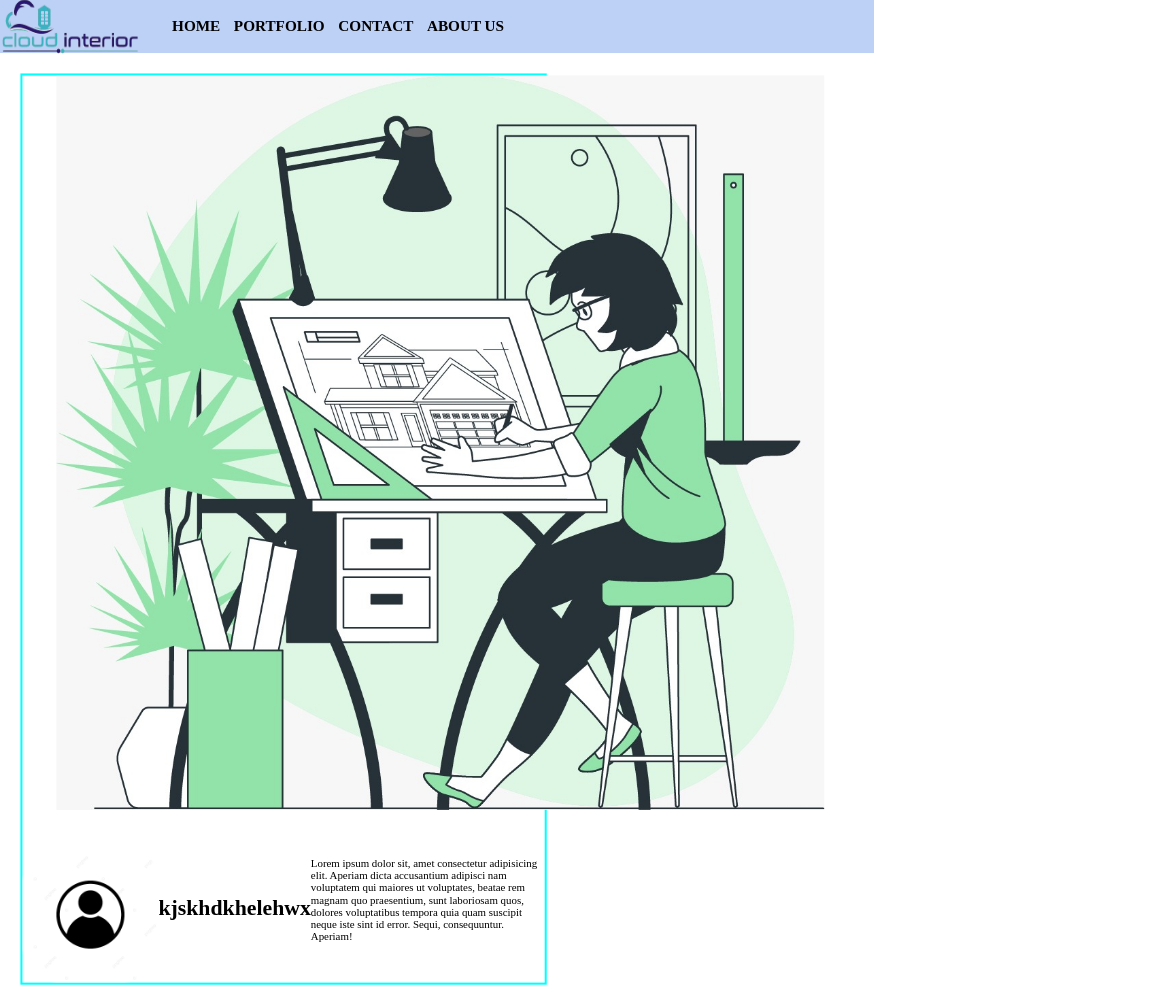
Repository: Ganavid/ganavidgowda.github.io
Page: cloud interior/about.html
These files come from the project's save history. The page is drawn as it stood at one moment and after the next save; the edit follows.
The browser window is 1280 px wide. The page is 1280 px wide, then 1725 px, so the pictures cover 1725 px, including what lies to the right of the window. The pictures show the whole page, at 68% of full size.

Above is the page before, as saved 2023-03-04 12:48:32.

After the next save:
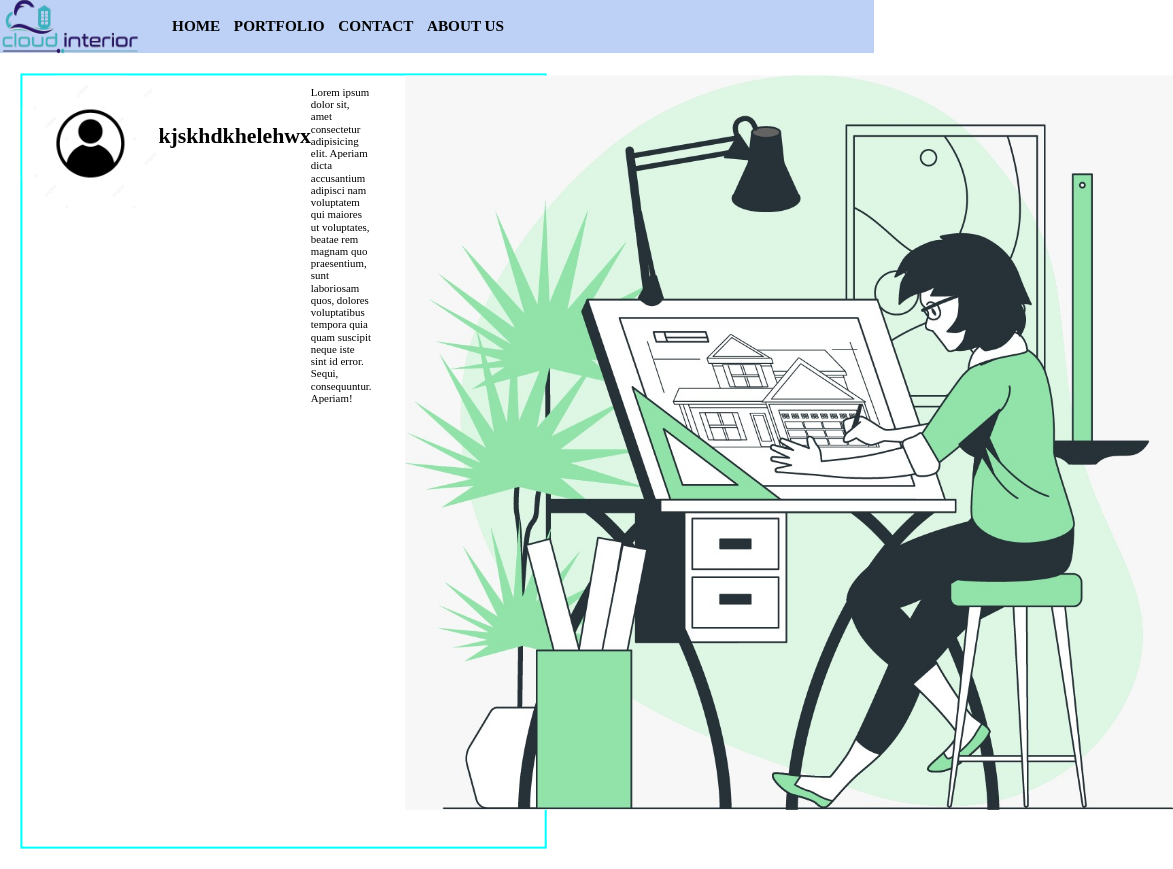
Saved 5 s later.
--- a/cloud interior/about.css
+++ b/cloud interior/about.css
@@ -65,7 +65,7 @@ nav {
 
 #container {
     display: flex;
-    flex-direction: column-reverse;
+    flex-direction: row;
     border: solid aqua;
     width: 60%;
     margin: 30px;
